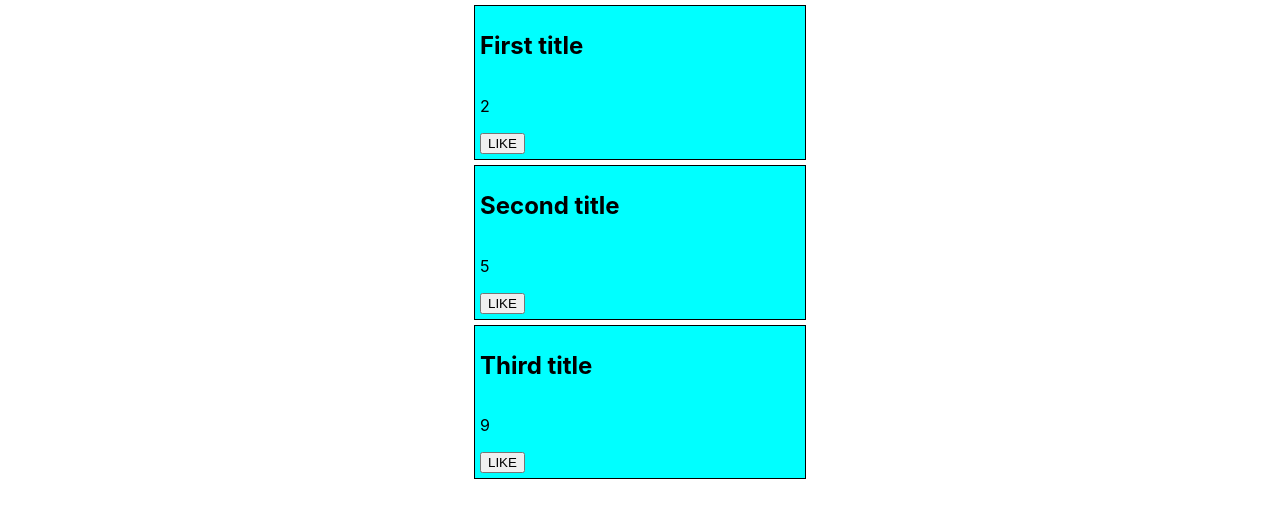
Repository: asapvtec98/egzamin
Page: /
An editor plug-in stored every save of this project. The page is shown before and after the next save, followed by the edit.
The browser window is 1280 px wide. The pictures show the whole page.
The project was rebuilt for these pictures with package versions that can differ from the ones it lists, and the page was loaded fresh each time.

Above is the page before, as saved 2023-11-14 12:29:27.

### src/App.js
import React from "react";
import Komentarz from "./components/Comment";
function App() {
  const comments = [
    {
      title: "First title",
      likes: 2
    },
    {
      title: "Second title",
      likes: 5
    },
    {
      title: "Third title",
      likes: 9
    }
  ]

  const displayComments = comments.map((comment) =>
      <div className="Comment">
        <Komentarz title={comment.title} likes={comment.likes}></Komentarz>
      </div>
  )

  return (
      <div className="App">
        {displayComments}
      </div>
  )
}

export default App;

### src/components/Comment.js
import React, { useState } from "react";
import "./Comment.css";

function Komentarz(props) {
    const [likes, setLike] = useState(false);
    const [count, setCount] = useState(parseInt(props.likes));
    const [show, setShow] = useState(true);

    const handleLikes = () => {
        if(!likes) {
            setLike(true);
            setCount(count + 1);
        } else {
            setLike(false);
            setCount(count - 1);
        }


    };

    return(
        <div className="comment">
            <h2>{props.title}</h2>
            <div>
                <div className="inline">
                    <p>{count}</p>
                </div>
                <div></div>
                <div className="inline">
                    <button type="button" onClick={() => {
                        setShow(!show)
                        handleLikes();
                    }}>{show === true ? 'LIKE' : 'DISLIKE'}</button>
                </div>
            </div>
        </div>
    )

}
export default Komentarz;

### src/components/Comment.css
.comment {
    border: 1px solid black;
    background-color:aqua;
    margin: auto;
    margin-top: 5px;
    margin-bottom: 5px;
    width: 25%;
    padding: 5px;

}


.inline {
    display: inline-block;
    flex-wrap: nowrap;
}

Loaded but not shown: public/index.html (common file); src/index.js (common file); src/index.css (common file); src/reportWebVitals.js (common file)

After the next save:
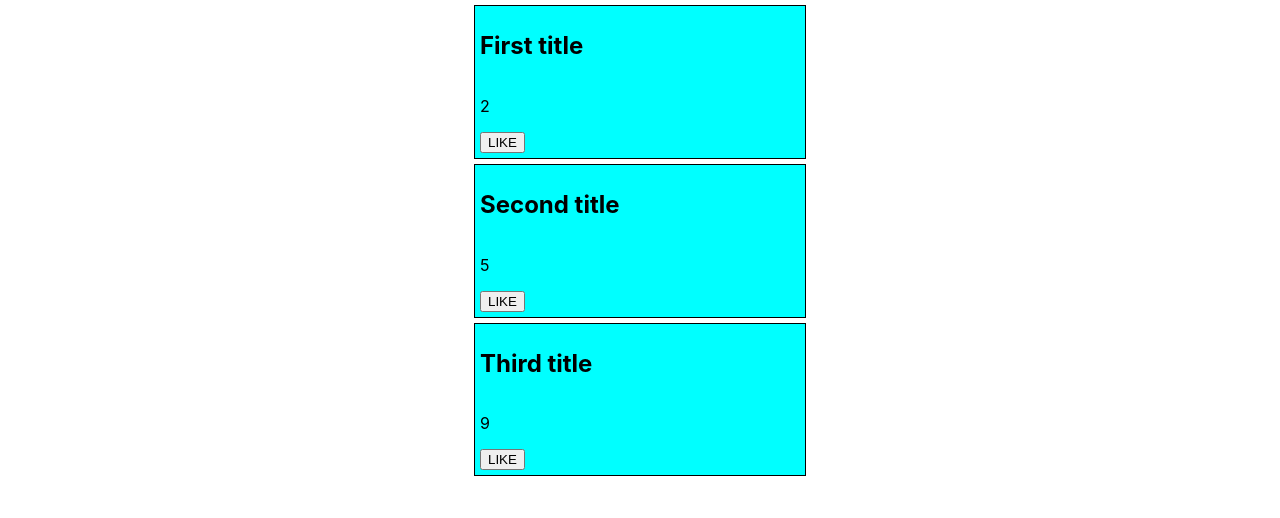
Saved 12 s later.
--- a/src/components/Comment.css
+++ b/src/components/Comment.css
@@ -11,6 +11,7 @@
 
 
 .inline {
-    display: inline-block;
+    display: flex;
+    flex-direction: row;
     flex-wrap: nowrap;
 }
